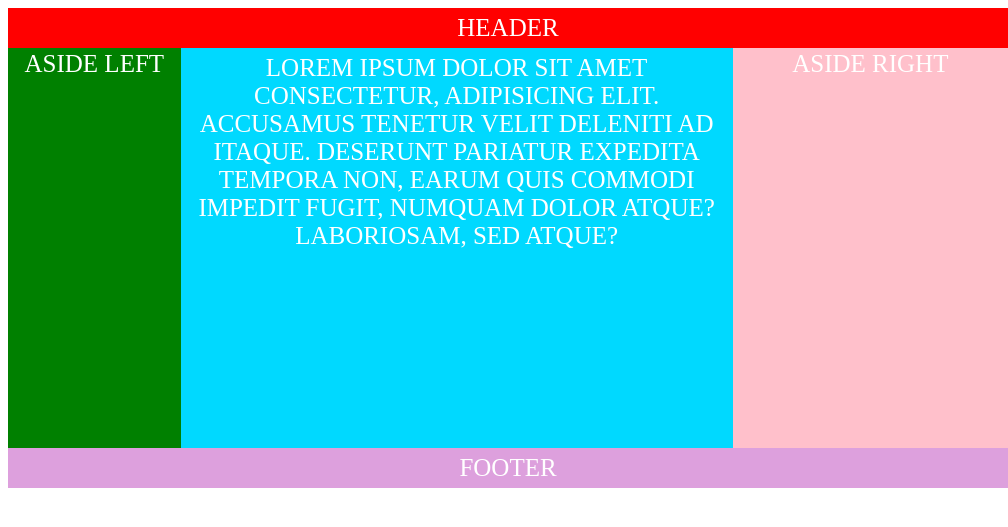
Repository: magdaf41/CSS
Page: zadanie_7/index.html
The author's editor kept a copy of each file at every save. The page is drawn from the files as they stood at one save, then again after the next save.
The browser window is 768 px wide. The page is 1008 px wide, then 776 px, so the pictures cover 1008 px, including what lies to the right of the window. The pictures show the whole page.

Above is the page before, as saved 2020-08-24 20:54:40.

After the next save:
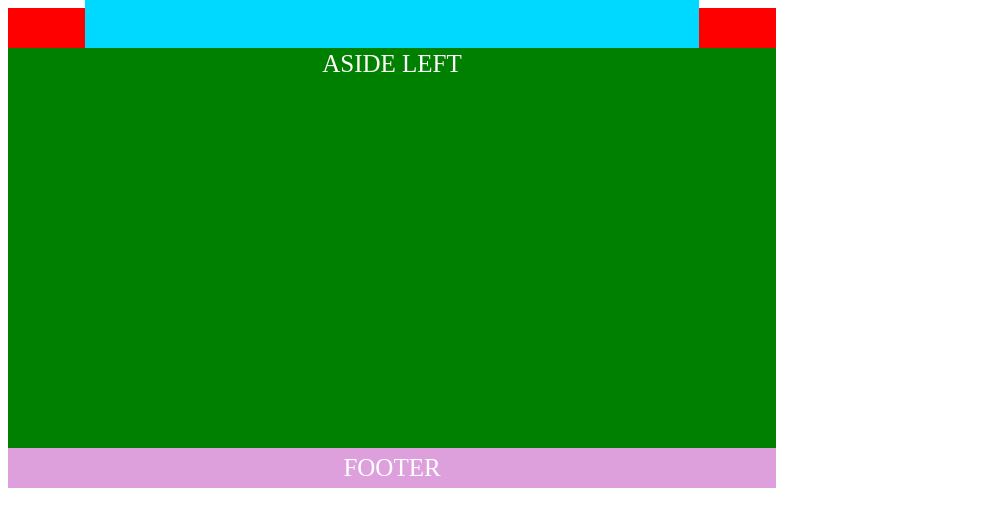
Saved 82 s later.
--- a/zadanie_7/css/style.css
+++ b/zadanie_7/css/style.css
@@ -2,7 +2,7 @@
     box-sizing: border-box;
     text-transform: uppercase;
     color: white;
-    width: 1000px;
+    width: 100%;
     height: 400px;
     font-size: 25px;
     text-align: center;
@@ -48,10 +48,15 @@ footer{
 }
 
 @media screen and (max-width: 768px){
+    #container{
+        flex-flow: wrap-reverse;
+    }
     p{
         width: 80%;
     }
     #right{
         width: 40%;
     }
-}
+    #left{
+        width: 100%;
+    }
